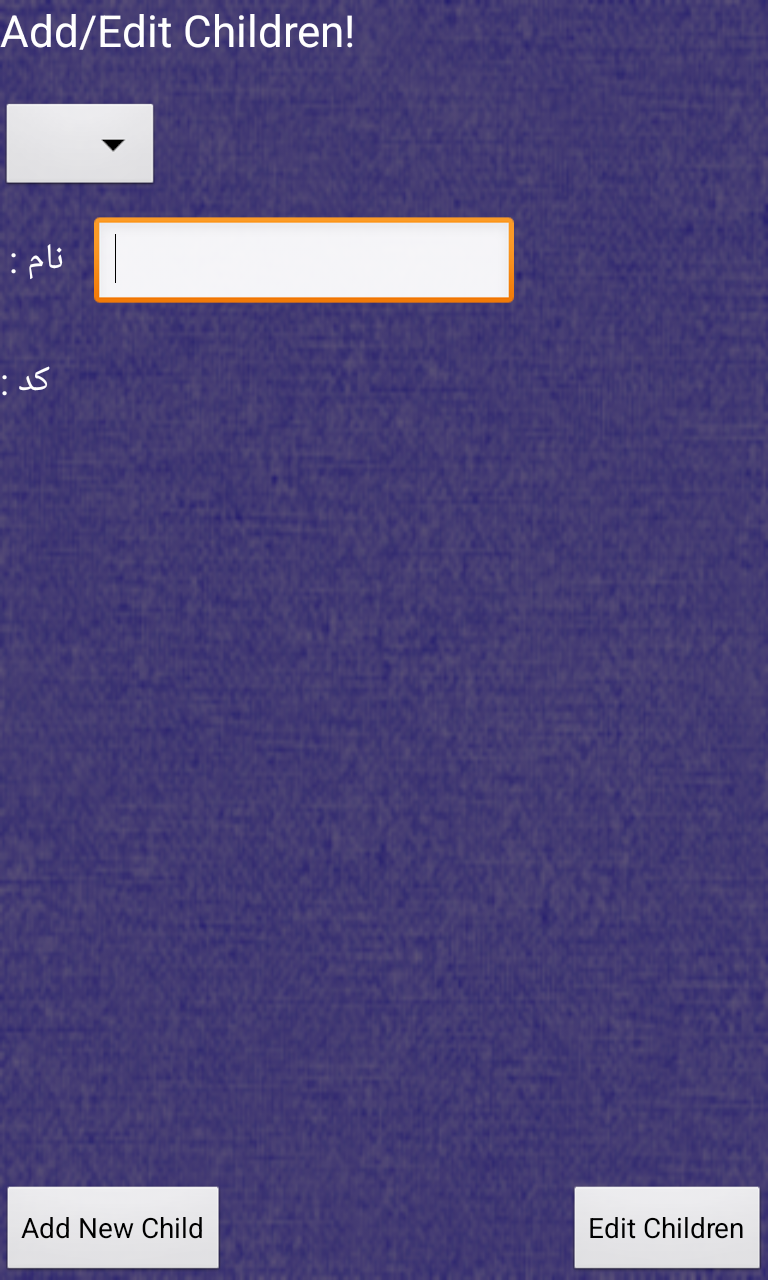
Repository: samanamp/RR-Controller
Layout: RRC app/res/layout/activity_child_setting.xml
The author's editor kept a copy of each file at every save. The layout is drawn from the files as they stood at one save, then again after the next save.
It is drawn on a 768 x 1280 px phone screen (xhdpi) without system bars, with theme AppTheme; the app's code is not run.

Above is the layout before, as saved 2012-08-09 13:33:35.

### RRC app/res/layout/activity_child_setting.xml
<?xml version="1.0" encoding="utf-8"?>
<RelativeLayout xmlns:android="http://schemas.android.com/apk/res/android"
    xmlns:tools="http://schemas.android.com/tools"
    android:layout_width="match_parent"
    android:layout_height="match_parent"
    android:background="@drawable/bg_menu" >

    <Button
        android:id="@+id/button1"
        android:layout_width="wrap_content"
        android:layout_height="wrap_content"
        android:layout_alignParentBottom="true"
        android:layout_alignParentLeft="true"
        android:onClick="newChild"
        android:text="Add New Child" />

    <Button
        android:id="@+id/button2"
        android:layout_width="wrap_content"
        android:layout_height="wrap_content"
        android:layout_alignParentBottom="true"
        android:layout_alignParentRight="true"
        android:onClick="editChild"
        android:text="Edit Children" />

    <TextView
        android:id="@+id/textView1"
        android:layout_width="wrap_content"
        android:layout_height="wrap_content"
        android:layout_alignParentLeft="true"
        android:layout_alignParentTop="true"
        android:text="Add/Edit Children!"
        android:textAppearance="?android:attr/textAppearanceLarge"
        android:textColor="#ffffff" />

    <Spinner
        android:id="@+id/spinner1"
        android:layout_width="wrap_content"
        android:layout_height="wrap_content"
        android:layout_alignParentLeft="true"
        android:layout_below="@+id/textView1"
        android:layout_marginTop="20dp" />

    <TextView
        android:id="@+id/textView2"
        android:layout_width="wrap_content"
        android:layout_height="wrap_content"
        android:layout_alignParentLeft="true"
        android:layout_below="@+id/spinner1"
        android:layout_marginTop="19dp"
        android:text="نام : "
        android:textAppearance="?android:attr/textAppearanceMedium"
        android:textColor="#ffffff" />

    <EditText
        android:id="@+id/editText1"
        android:layout_width="wrap_content"
        android:layout_height="wrap_content"
        android:layout_alignBaseline="@+id/textView2"
        android:layout_alignBottom="@+id/textView2"
        android:layout_marginLeft="15dp"
        android:layout_toRightOf="@+id/textView2"
        android:ems="10" >

        <requestFocus />
    </EditText>

    <TextView
        android:id="@+id/textView3"
        android:layout_width="wrap_content"
        android:layout_height="wrap_content"
        android:layout_alignParentLeft="true"
        android:layout_below="@+id/editText1"
        android:layout_marginTop="22dp"
        android:text="کد :"
        android:textAppearance="?android:attr/textAppearanceMedium"
        android:textColor="#ffffff" />

</RelativeLayout>

Loaded but not shown: RRC app/res/values/styles.xml (common file)

After the next save:
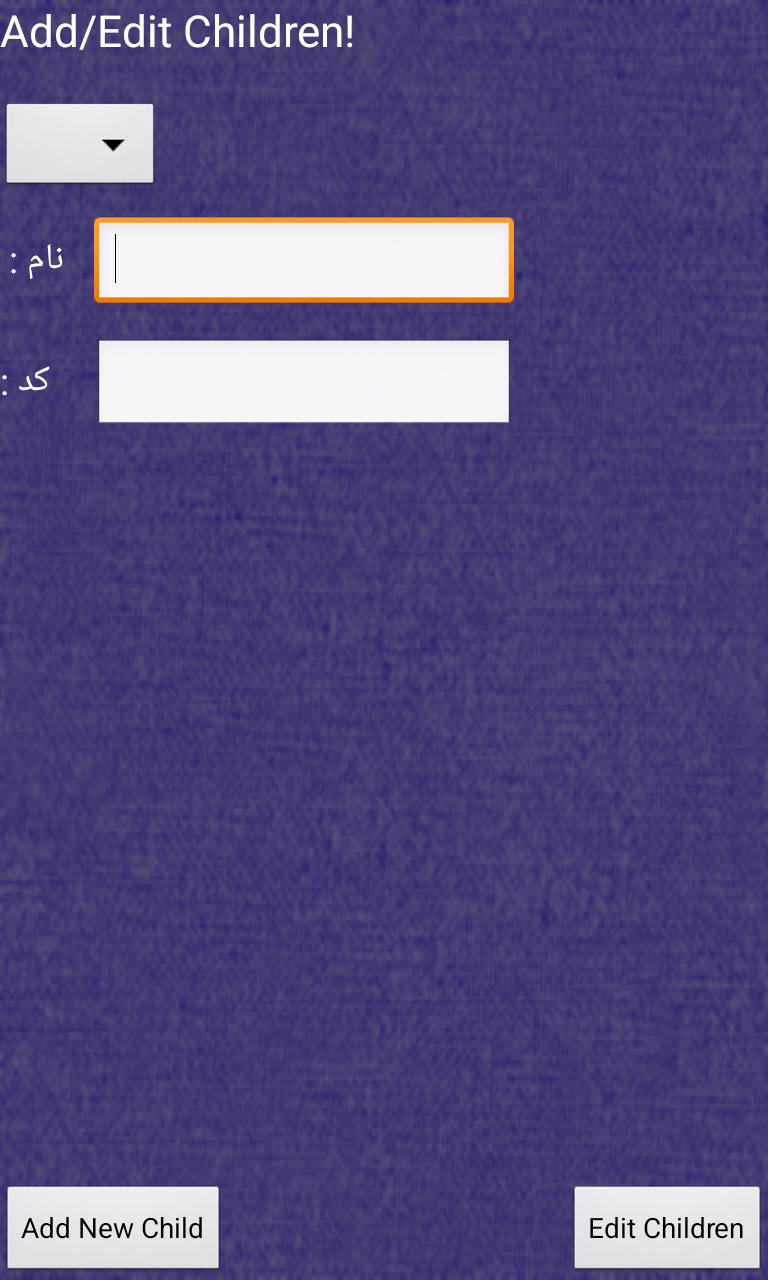
Saved 40 s later.
--- a/RRC app/res/layout/activity_child_setting.xml
+++ b/RRC app/res/layout/activity_child_setting.xml
@@ -76,4 +76,13 @@
         android:textAppearance="?android:attr/textAppearanceMedium"
         android:textColor="#ffffff" />
 
+    <EditText
+        android:id="@+id/editText2"
+        android:layout_width="wrap_content"
+        android:layout_height="wrap_content"
+        android:layout_alignBaseline="@+id/textView3"
+        android:layout_alignBottom="@+id/textView3"
+        android:layout_alignLeft="@+id/editText1"
+        android:ems="10" />
+
 </RelativeLayout>
